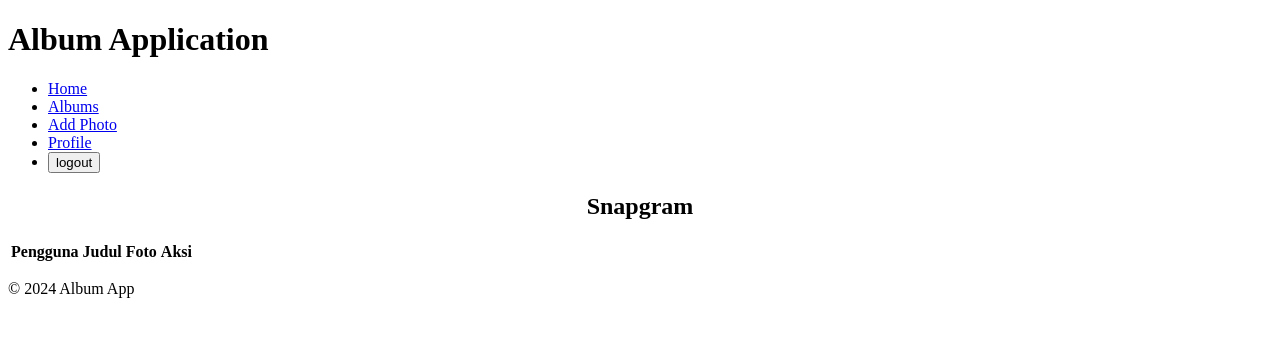
Repository: daffa-alif/snapgram
Page: http://localhost/home
An editor plug-in stored every save of this project. The page is shown before and after the next save, followed by the edit.
The browser window is 1280 px wide. The pictures show the whole page.
The page is served by the project's Laravel application, run on PHP 8.4 with Laravel 12. A made-up administrator, Test User (test@example.com), is signed in. Other server files are loaded and not shown. Queries for data that is not in the repository find no rows.

Above is the page before, as saved 2024-10-23 08:03:41.

### routes/web.php
<?php

use Illuminate\Support\Facades\Route;
use App\Http\Controllers\{
    AuthController,
    HomeController,
    AlbumController,
    PhotoController,
    ProfileController,
};

// Redirect root URL to login
Route::redirect('/', '/auth/login');

// Authentication routes
Route::controller(AuthController::class)->group(function () {

    Route::get('auth/login', 'showLoginForm')->name('login')->middleware('guest');
    Route::post('auth/postLogin', 'postLogin')->name('postLogin');
    Route::post('logout', 'logout')->name('logout');
    Route::get('auth/register', 'showRegistrationForm')->name('register.form');
    Route::post('auth/register', 'register')->name('register');

   // Routes that require authentication
Route::middleware('auth')->group(function () {
    // Home route
    Route::get('/home', [HomeController::class, 'index'])->name('home');
    // Album resource routes
    Route::resource('albums', AlbumController::class);
    // Photo routes
    Route::resource('photos', PhotoController::class);
    Route::get('/albums/{album}/photos', [PhotoController::class, 'index'])
        ->name('albums.photos');
    Route::post('photos/{photo}/like/', [PhotoController::class, 'like'])
        ->name('photos.like');
    Route::get('/photos/{photo}/comments', [PhotoController::class, 'showComments'])
        ->name('photos.comments');
    Route::post('/photos/{photo}/comments', [PhotoController::class, 'storeComment'])
        ->name('photos.comment.store');

        Route::get('/profile', [ProfileController::class, 'index'])->name('profile.index');
        Route::put('/profile', [ProfileController::class, 'update'])->name('profile.update');
    });
});

### app/Models/User.php
<?php

namespace App\Models;

// use Illuminate\Contracts\Auth\MustVerifyEmail;
use Illuminate\Database\Eloquent\Factories\HasFactory;
use Illuminate\Foundation\Auth\User as Authenticatable;
use Illuminate\Notifications\Notifiable;

class User extends Authenticatable
{
    use HasFactory, Notifiable;

    /**
     * The attributes that are mass assignable.
     *
     * @var array<int, string>
     */
    protected $fillable = [
        'username',
        'email',
        'password',
        'namaLengkap',
        'alamat',
    ];

    protected $primaryKey = 'userID';
    /**
     * The attributes that should be hidden for serialization.
     *
     * @var array<int, string>
     */
    protected $hidden = [
        'password',
        'remember_token',
    ];

    /**
     * Get the attributes that should be cast.
     *
     * @return array<string, string>
     */
    protected function casts(): array
    {
        return [
            'email_verified_at' => 'datetime',
            'password' => 'hashed',
        ];
    }
}

### app/Http/Controllers/HomeController.php
<?php

namespace App\Http\Controllers;

use Illuminate\Http\Request;
use App\Models\Photo; // Add this line to import the Photo model
use App\Models\Album;
use App\Models\LikePhoto;
use App\Models\Comment;
use Illuminate\Support\Facades\Auth;
use Illuminate\Support\Facades\Storage;

class HomeController extends Controller
{
    public function index() {
        $photos = Photo::all();
        return view('home', compact('photos'));
    }
}

### app/Models/Photo.php
<?php

namespace App\Models;

use Illuminate\Database\Eloquent\Model;
use Illuminate\Support\Facades\Auth;

class Photo extends Model
{
    protected $primaryKey = 'fotoID';
    protected $fillable = [
        'judulFoto', 'deskripsi Foto',
        'tanggalUnggah', 'lokasiFile',
        'albumID', 'userID'];

    public function album()
    {
        return $this->belongsTo(Album::class, 'albumID');
    }

    public function user()
    {
        return $this->belongsTo(User::class, 'userID');
    }

    public function likes()
    {
        return $this->hasMany(LikePhoto::class, 'fotoID');
    }

    public function isLikedByAuthUser()
    {
        return $this->likes()->where('userID', Auth::user()->userID)->exists();
    }

    public function comments() {
        return $this->hasMany (Comment::class, 'fotoID');
        }
}

### resources/views/home.blade.php
@extends('layouts.app')

@section('content')
<h2 style="text-align: center;">Snapgram</h2>
<table>
    <thead>
        <tr>
            <th>Pengguna</th>
            <th>Judul</th>
            <th>Foto</th>
            <th>Aksi</th>
        </tr>
    </thead>
    <tbody>
        @foreach($photos as $photo)
        <tr>
            <td>{{ $photo->user->username }}</td>
            <td>{{ $photo->judulFoto }}</td>
            <td>
                <img style="width: 200px; aspect-ratio: 1/1; object-fit: cover;"
                     src="{{ asset('storage/' . $photo->lokasiFile) }}"
                     alt="{{ $photo->judulFoto }}">
            </td>
            <td>
                <!-- Like/Unlike button -->
                <form action="{{ route('photos.like', $photo->fotoID) }}" method="POST" style="display: inline;">
                    @csrf
                    <button type="submit">
                        @if($photo->isLikedByAuthUser())
                            Unlike
                        @else
                            Like
                        @endif
                    </button>
                </form>
                <!-- Comment button -->
                <a href="{{ route('photos.comments', $photo->fotoID) }}" style="margin-left: 10px;">Komentar</a>
            </td>
        </tr>
        @endforeach
    </tbody>
</table>
@endsection

### resources/views/layouts/app.blade.php
<!DOCTYPE html>
<html lang="en">
<head>
    <meta charset="UTF-8">
    <meta name="viewport" content="width=device-width, initial-scale=1.0">
    <meta http-equiv="X-UA-Compatible" content="ie=edge">
    <title>@yield('title', 'Album App')</title>
</head>
<body>

    <!-- Header -->
    <header>
        <h1>Album Application</h1>
        @section('header')
            <nav>
                <ul>
                    <li><a href="{{ route('home') }}">Home</a></li>
                    <li><a href="{{ route('albums.index') }}">Albums</a></li>
                    <li><a href="{{ route('photos.create') }}">Add Photo</a></li> <!-- New link for photos -->
                    <li><a href="{{ route('profile.index') }}">Profile</a></li>
                    <li><form action="{{ route('logout') }}" method="POST">
                        @csrf
                        <button type="submit">logout</button>
                    </form></li>
                </ul>
            </nav>
        @show
    </header>

    <!-- Content Section -->
    <main>
        @yield('content')
    </main>

    <!-- Footer -->
    <footer>
        @section('footer')
            <p>&copy; 2024 Album App</p>
        @show
    </footer>

</body>
</html>

Loaded but not shown: app/Http/Controllers/Controller.php (common file)

After the next save:
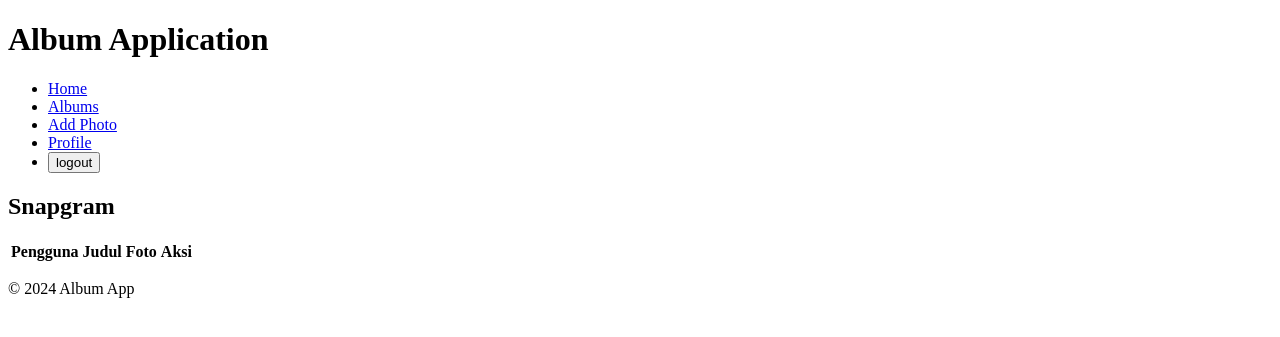
Saved 29 min 21 s later.
--- a/resources/views/home.blade.php
+++ b/resources/views/home.blade.php
@@ -1,8 +1,8 @@
 @extends('layouts.app')
 
 @section('content')
-<h2 style="text-align: center;">Snapgram</h2>
-<table>
+<h2 class="snapgram-title">Snapgram</h2>
+<table class="photos-table">
     <thead>
         <tr>
             <th>Pengguna</th>
@@ -17,13 +17,13 @@
             <td>{{ $photo->user->username }}</td>
             <td>{{ $photo->judulFoto }}</td>
             <td>
-                <img style="width: 200px; aspect-ratio: 1/1; object-fit: cover;"
+                <img class="photo-thumbnail"
                      src="{{ asset('storage/' . $photo->lokasiFile) }}"
                      alt="{{ $photo->judulFoto }}">
             </td>
             <td>
                 <!-- Like/Unlike button -->
-                <form action="{{ route('photos.like', $photo->fotoID) }}" method="POST" style="display: inline;">
+                <form action="{{ route('photos.like', $photo->fotoID) }}" method="POST" class="like-form">
                     @csrf
                     <button type="submit">
                         @if($photo->isLikedByAuthUser())
@@ -34,7 +34,7 @@
                     </button>
                 </form>
                 <!-- Comment button -->
-                <a href="{{ route('photos.comments', $photo->fotoID) }}" style="margin-left: 10px;">Komentar</a>
+                <a href="{{ route('photos.comments', $photo->fotoID) }}" class="comment-button">Komentar</a>
             </td>
         </tr>
         @endforeach
